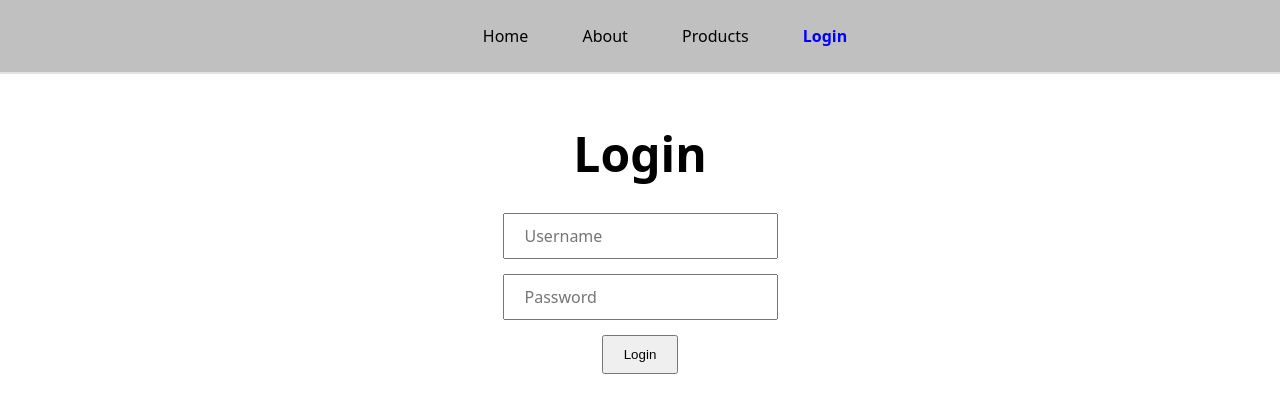
Repository: Yeyolive/WebDev_Collab_2025
Page: Basic_Projects/Basic-Website/login.html
These files come from the project's save history. The page is drawn as it stood at one moment and after the next save; the edit follows.
The browser window is 1280 px wide. The pictures show the whole page.

Above is the page before, as saved 2025-11-02 23:11:49.

After the next save:
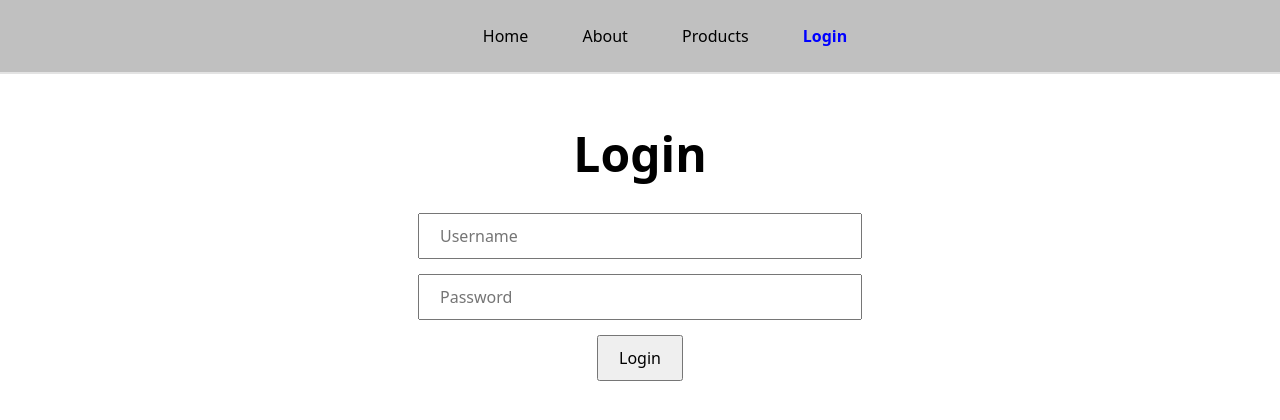
Saved 42 s later.
--- a/Basic_Projects/Basic-Website/styles.css
+++ b/Basic_Projects/Basic-Website/styles.css
@@ -138,9 +138,11 @@ button {
   display: block;
   margin: 0 auto;
   padding: 10px 20px;
+  font: inherit;
 }
 
 input[type="text"],
 input[type="password"] {
   padding: 10px 20px;
+  width: 400px;
 }
